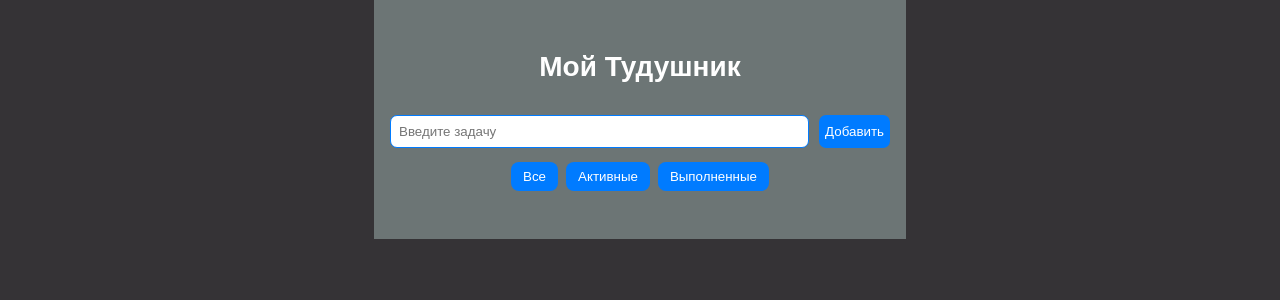
Repository: AlekCawka/-todo-project
Page: /
These files come from the project's save history. The page is drawn as it stood at one moment and after the next save; the edit follows.
The browser window is 1280 px wide. The pictures show the whole page.
The project was rebuilt for these pictures with package versions that can differ from the ones it lists, and the page was loaded fresh each time. Also part of the build but not shown: vite.config.js.

Above is the page before, as saved 2025-08-06 11:52:14.

### src/main.jsx
import React from 'react'
import ReactDOM from 'react-dom/client'
import App from './App.jsx'

ReactDOM.createRoot(document.getElementById('root')).render(
  <React.StrictMode>
    <App />
  </React.StrictMode>
)

### src/App.jsx
import React, { useState } from 'react';
import { useTodos } from './hooks/useTodos';

import './App.css';

const App = () => {
  const { todos, addTodo, deleteTodo, updateTodo, toggleCompleted } = useTodos();
  const [inputValue, setInputValue] = useState('');
  const [filter, setFilter] = useState('all');

  const handleAdd = () => {
    addTodo(inputValue);
    setInputValue('');
  }

  const handleChange = (e) => {
    setInputValue(e.target.value);
  }

  const getFilteredTodos = (todos, filter) => {
    switch (filter) {
      case 'active':
        return todos.filter(todo => !todo.completed);
      case 'completed':
        return todos.filter(todo => todo.completed);
      default:
        return todos;
    }
  };

  const filteredTodos = getFilteredTodos(todos, filter);

  return (
    <div className="container">
      <h1 className="title">Мой Тудушник</h1>

      <div className="form">
        <input
          type="text"
          placeholder="Введите задачу"
          value={inputValue}
          onChange={handleChange}
        />
        <button onClick={handleAdd}>Добавить</button>
      </div>

      <div className="filters">
        <button onClick={() => setFilter('all')}>Все</button>
        <button onClick={() => setFilter('active')}>Активные</button>
        <button onClick={() => setFilter('completed')}>Выполненные</button>
      </div>

      <ul className="list">
        {filteredTodos.map(todo => (
          <li key={todo.id} className="todo-item">
            <input
              type="checkbox"
              checked={todo.completed}
              onChange={() => toggleCompleted(todo.id)}
            />
            <span
              style={{ textDecoration: todo.completed ? 'line-through' : 'none' }}
            >
              {todo.text}
            </span>
            <button onClick={() => {
              const newText = prompt('Новое значение:', todo.text);
              if (newText) updateTodo(todo.id, newText);
            }}>Редактировать</button>
            <button onClick={() => deleteTodo(todo.id)}>Удалить</button>
          </li>
        ))}
      </ul>
    </div>
  );
};

export default App;

### src/hooks/useTodos.js
import { useState, useEffect } from 'react';
import { Trash2, Edit, Clock, Calendar, CheckSquare, Square } from 'lucide-react';

const generateId = () => crypto?.randomUUID?.() || `${Date.now()}-${Math.random()}`;

export const useTodos = () => {
    const [todos, setTodos] = useState([]);

    const normalize = (text) => text.trim().toLowerCase();

    useEffect(() => {
        const stored = localStorage.getItem('todos');
        if (stored) {
            setTodos(JSON.parse(stored));
        }
    }, []);

    useEffect(() => {
        localStorage.setItem('todos', JSON.stringify(todos));
    }, [todos]);

    const addTodo = (text, deadline = null) => {
        const trimmed = text.trim();

        if (!trimmed) return;

        const isDuplicate = todos.some(todo => normalize(todo.text) === normalize(text));

        if (isDuplicate) {
            return;
        }

        const newTodo = {
            id: generateId(),
            text: trimmed,
            completed: false,
            createdAt: new Date().toISOString(),
            deadline: deadline || null,
        };
        setTodos(prevTodos => [newTodo, ...prevTodos]);
    };

    const deleteTodo = (id) => {
        setTodos(prev => prev.filter(todo => todo.id !== id));
    };

    const updateTodo = (id, updates) => {
        setTodos(prev =>
            prev.map(todo =>
                todo.id === id ?
                    { ...todo, ...updates } : todo
            )
        );
    };

    const toggleCompleted = (id) => {
        setTodos(prev =>
            prev.map(todo =>
                todo.id === id ?
                    { ...todo, completed: !todo.completed } : todo
            )
        )
    }

    return {
        todos,
        addTodo,
        deleteTodo,
        updateTodo,
        toggleCompleted
    };
};

### src/App.css
body {
    font-family: sans-serif;
    background: rgb(53, 51, 54);
    margin: 0;
    padding: 0;
}

.container {
    max-width: 500px;
    margin: 0 auto;
    padding: 32px 16px;
    background-color: rgb(108, 117, 117);
}

.title {
    text-align: center;
    font-size: 28px;
    margin-bottom: 2rem;
    color: white;
}

.form {
    display: flex;
    gap: 10px;
    margin-bottom: 14px;
}

.form input {
    flex: 1;
    padding: 8px;
    border: 1px solid #007bff;
    border-radius: 7px;

}

.form button {
    background-color: #007bff;
    color: white;
    border: none;
    border-radius: 7px;
    cursor: pointer;
    transition: background-color 0.3s;
}

.form button:hover {
    background-color: #0056b3;
}

.filters {
    display: flex;
    justify-content: center;
    gap: 8px;
}

.filters button {
    padding: 7px 12px;
    background-color: #007bff;
    color: white;
    border-radius: 8px;
    border: none;
    cursor: pointer;
    transition: all 0.2s;

}

.filters button:hover {
    background-color: #0056b3;
}

.list {
    list-style: none;
    padding: 0;
    margin-top: 15px;
}

.todo-item {
    display: flex;
    align-items: center;
    gap: 8px;
    background-color: rgba(250, 244, 244, 0.203);
    padding: 10px;
    margin-bottom: 12px;
    border-radius: 8px;
    box-shadow: 0 1px 3px rgba(0, 0, 0, 0.4);
}

.todo-item span {
    flex: 1;
    font-size: 16px;
    color: white;
}

.todo-item button {
    background: white;
    border: none;
    border-radius: 8px;
    cursor: pointer;
    font-size: 14px;
    width: 120px;
}

.todo-item input[type="checkbox"] {
    width: 18px;
    height: 18px;
}

/*

.todo-item input[type="checkbox"] {
  width: 18px;
  height: 18px;
}

 */

After the next save:
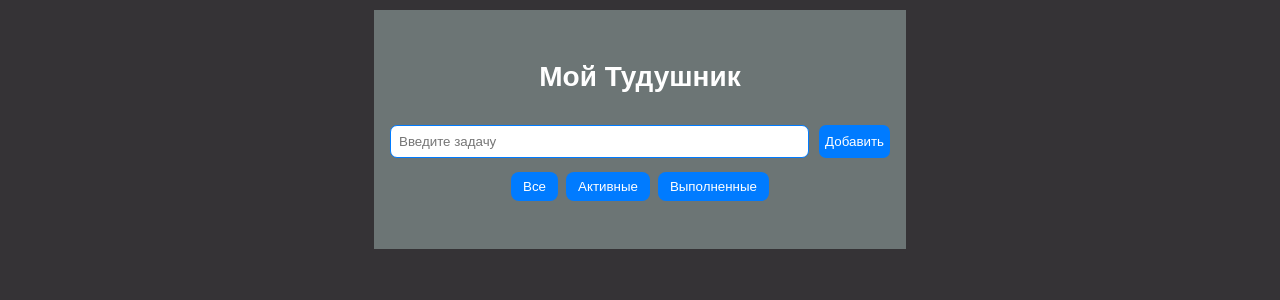
Saved 16 min 12 s later.
--- a/src/App.css
+++ b/src/App.css
@@ -7,7 +7,7 @@ body {
 
 .container {
     max-width: 500px;
-    margin: 0 auto;
+    margin: 10px auto;
     padding: 32px 16px;
     background-color: rgb(108, 117, 117);
 }
@@ -103,12 +103,3 @@ body {
     width: 18px;
     height: 18px;
 }
-
-/*
-
-.todo-item input[type="checkbox"] {
-  width: 18px;
-  height: 18px;
-}
-
- */
